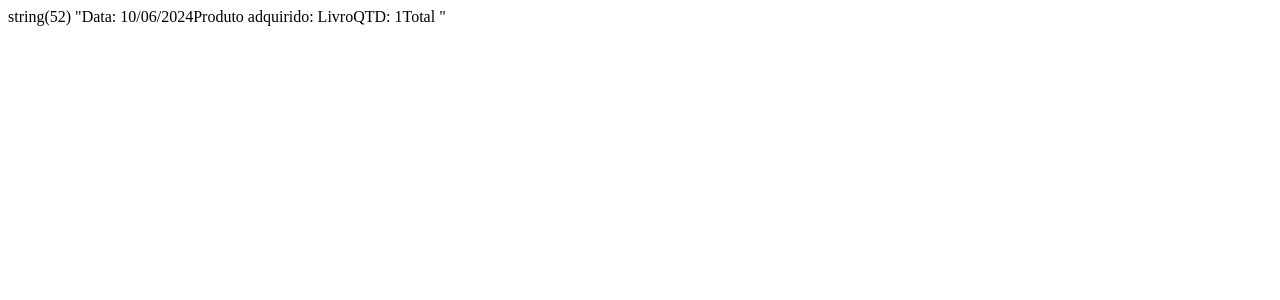
Repository: DiegoCamaraDev/exercicioPhp
Page: http://localhost/vendas.php
These files come from the project's save history. The page is drawn as it stood at one moment and after a run of saves; the edit follows.
The browser window is 1280 px wide. The pictures show the whole page.
The page is run by PHP 8.4 with error messages shown; the project is at /var/www/html/.

Above is the page before, as saved 2024-06-10 15:13:32.

### vendas.php
<?php

class Venda

{
    private $data;
    private $produto;
    private $qtdProduto;
    private $valorTotal;

    public function __construct($data, $produto, $qtdProduto, $valorTotal)
    {
        $this->data = $data;
        $this->produto = $produto;
        $this->qtdProduto = $qtdProduto;
        $this->valorTotal = $valorTotal;

    }

    public function informacaoVenda()
    {
       return 'Data: ' . $this->data . 'Produto adquirido: ' . $this->produto . 'QTD: ' . $this->qtdProduto . 'Total ';

    }
}

$produtoVendido = new Venda(
    '10/06/2024',
    'Livro',
    '1',
    100.00
);

var_dump($produtoVendido->informacaoVenda());

?>

After the next 5 saves:
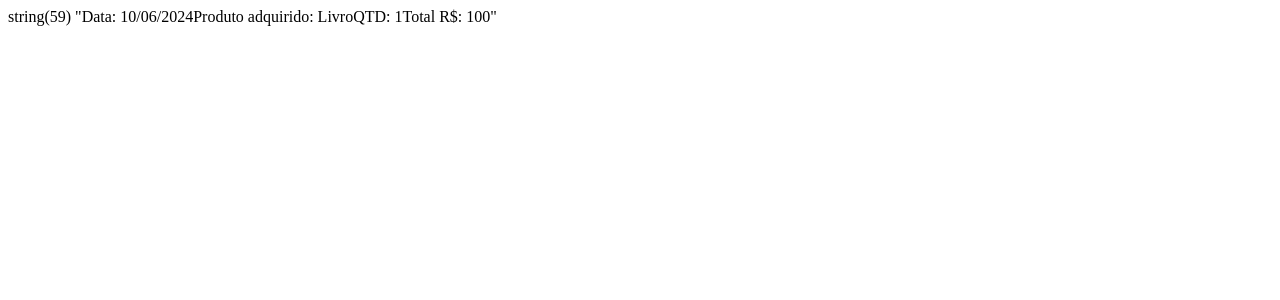
The 5 saves are shown as one change because they came seconds apart.
The last was saved 10 s later.
--- a/vendas.php
+++ b/vendas.php
@@ -19,7 +19,7 @@ class Venda
 
     public function informacaoVenda()
     {
-       return 'Data: ' . $this->data . 'Produto adquirido: ' . $this->produto . 'QTD: ' . $this->qtdProduto . 'Total ';
+       return 'Data: ' . $this->data . 'Produto adquirido: ' . $this->produto . 'QTD: ' . $this->qtdProduto . 'Total R$: ' . $this->valorTotal;
 
     }
 }
